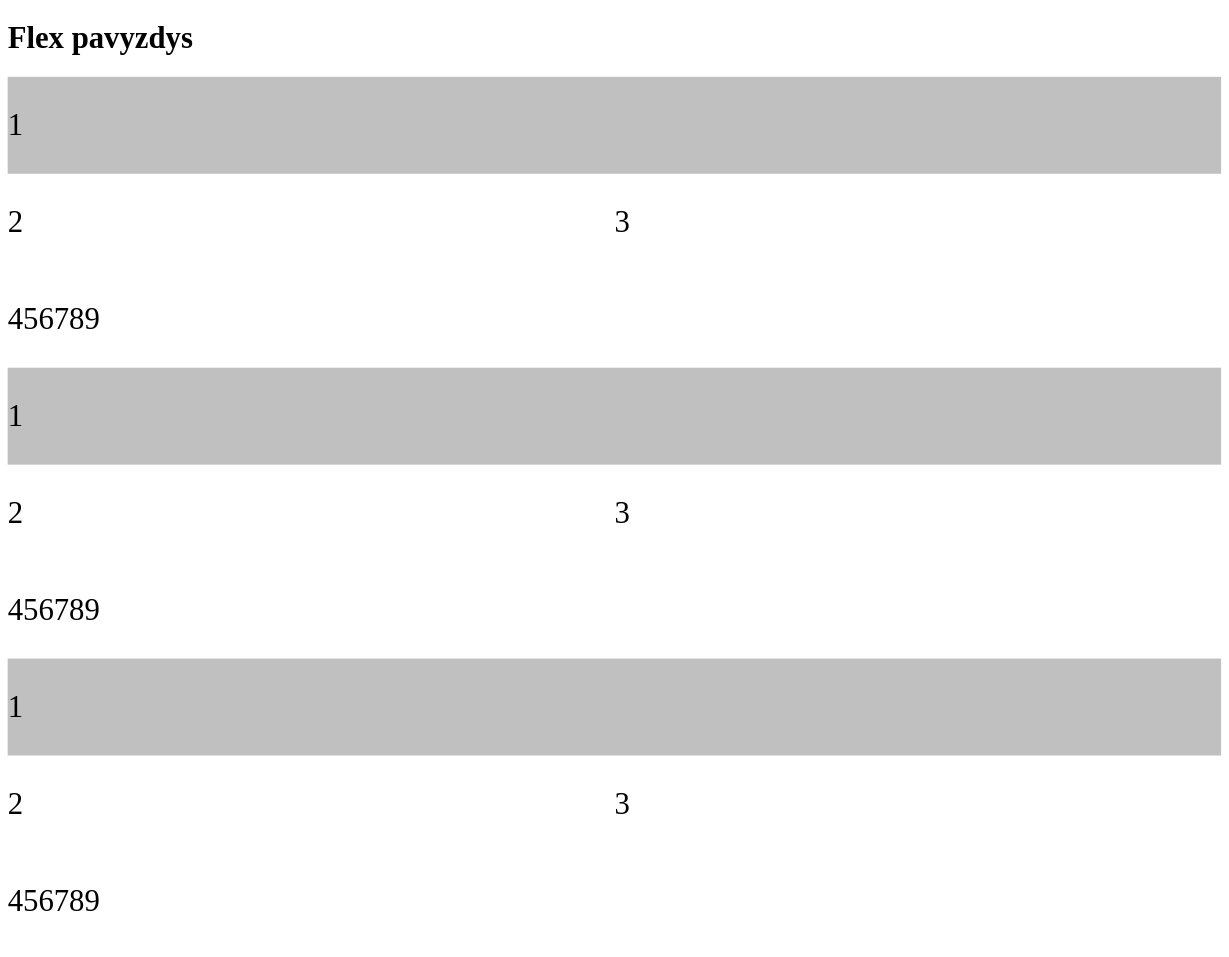
Repository: motiejus1/06-paskaita-invest
Page: index.html
An editor plug-in stored every save of this project. The page is shown before and after the next save, followed by the edit.
The browser window is 1280 px wide. The pictures show the whole page, at 96% of full size.

Above is the page before, as saved 2021-06-09 18:37:40.

### index.html
<!DOCTYPE html>
<html lang="en">
<head>
    <meta charset="UTF-8">
    <meta http-equiv="X-UA-Compatible" content="IE=edge">
    <meta name="viewport" content="width=device-width, initial-scale=1.0">
    <title>Sesta paskaita</title>
    <style>
        .flex-container {
            display: flex;
            flex-direction:row;
            flex-wrap: wrap;
        }

        .flex-item-1 {
            width: 100%;
            background-color: silver;
        }

        .flex-item-2, .flex-item-3 {
            width: 50%;
        }


        .zydra {
            background-color:aqua;
        }

        .zalsva {
            background-color: aquamarine;
        }

        .rozine {
            background-color: pink;
        }

        p {
            font-size: 32px;
        }
    </style>
</head>
<body>
    <div class="container">
        <h1>Flex pavyzdys</h1>
        <div class="flex-container">
            <div class="flex-item-1"><p>1</p></div>
            <div class="flex-item-2"><p>2</p></div>
            <div class="flex-item-3"><p>3</p></div>
            <div class="flex-item-4"><p>4</p></div>
            <div class="flex-item-5"><p>5</p></div>
            <div class="flex-item-6"><p>6</p></div>
            <div class="flex-item-7"><p>7</p></div>
            <div class="flex-item-8"><p>8</p></div>
            <div class="flex-item-9"><p>9</p></div>
            <div class="flex-item-1"><p>1</p></div>
            <div class="flex-item-2"><p>2</p></div>
            <div class="flex-item-3"><p>3</p></div>
            <div class="flex-item-4"><p>4</p></div>
            <div class="flex-item-5"><p>5</p></div>
            <div class="flex-item-6"><p>6</p></div>
            <div class="flex-item-7"><p>7</p></div>
            <div class="flex-item-8"><p>8</p></div>
            <div class="flex-item-9"><p>9</p></div>
            <div class="flex-item-1"><p>1</p></div>
            <div class="flex-item-2"><p>2</p></div>
            <div class="flex-item-3"><p>3</p></div>
            <div class="flex-item-4"><p>4</p></div>
            <div class="flex-item-5"><p>5</p></div>
            <div class="flex-item-6"><p>6</p></div>
            <div class="flex-item-7"><p>7</p></div>
            <div class="flex-item-8"><p>8</p></div>
            <div class="flex-item-9"><p>9</p></div>
        </div>
    </div>
</body>
</html>

After the next save:
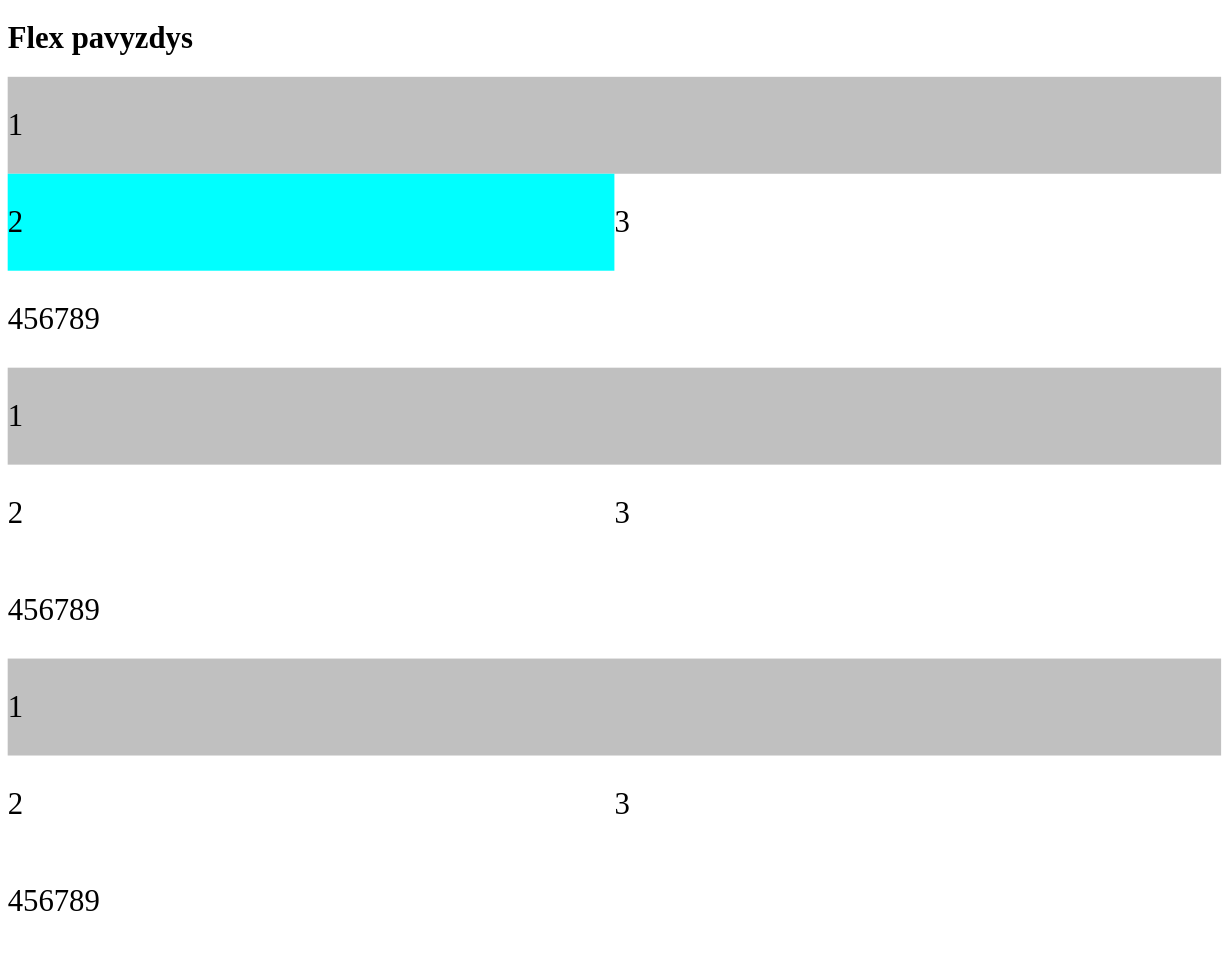
Saved 6 s later.
--- a/index.html
+++ b/index.html
@@ -44,7 +44,7 @@
         <h1>Flex pavyzdys</h1>
         <div class="flex-container">
             <div class="flex-item-1"><p>1</p></div>
-            <div class="flex-item-2"><p>2</p></div>
+            <div class="flex-item-2 zydra"><p>2</p></div>
             <div class="flex-item-3"><p>3</p></div>
             <div class="flex-item-4"><p>4</p></div>
             <div class="flex-item-5"><p>5</p></div>
